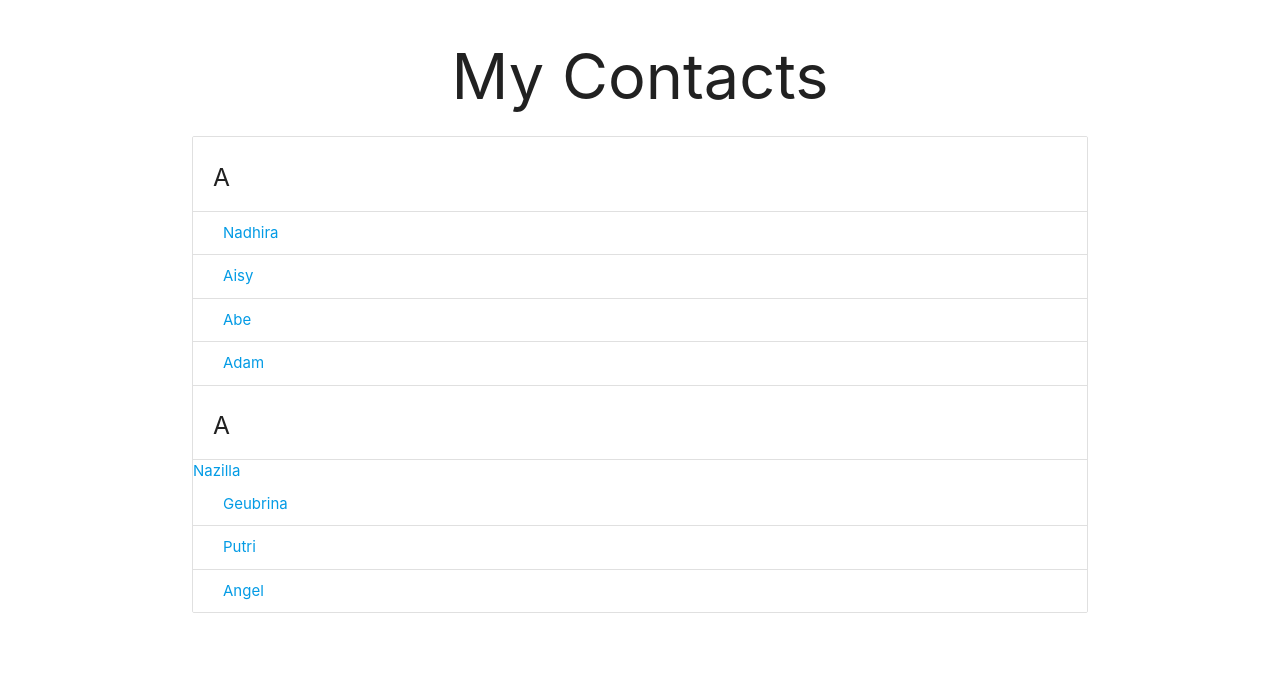
Repository: Fauzaanmhmd/vanillaFilterable
Page: index.html
The author's editor kept a copy of each file at every save. The page is drawn from the files as they stood at one save, then again after the next save.
The browser window is 1280 px wide. The pictures show the whole page.

Above is the page before, as saved 2022-02-16 08:08:46.

### index.html
<!DOCTYPE html>
<html lang="en">

<head>
    <meta charset="UTF-8">
    <meta http-equiv="X-UA-Compatible" content="IE=edge">
    <meta name="viewport" content="width=device-width, initial-scale=1.0">
    <link rel="stylesheet" href="https://cdnjs.cloudflare.com/ajax/libs/materialize/1.0.0/css/materialize.css">
    <title>My Contacts</title>
</head>

<body>
    <div class="container">
        <h1 class="center-align">
            My Contacts
        </h1>
        <ul id="names" class="collection with-header">
            <li class="collection-header">
                <h5>A</h5>
            </li>
            <li class="collection-item">
                <a href="#">Nadhira</a>
            </li>
            <li class="collection-item">
                <a href="#">Aisy</a>
            </li>
            <li class="collection-item">
                <a href="#">Abe</a>
            </li>
            <li class="collection-item">
                <a href="#">Adam</a>
            </li>
            <li class="collection-header">
                <h5>A</h5>
            </li <li class="collection-item">
            <a href="#">Nazilla</a>
            </li>
            <li class="collection-item">
                <a href="#">Geubrina</a>
            </li>
            <li class="collection-item">
                <a href="#">Putri</a>
            </li>
            <li class="collection-item">
                <a href="#">Angel</a>
            </li>
        </ul>
    </div>
</body>

</html>

After the next save:
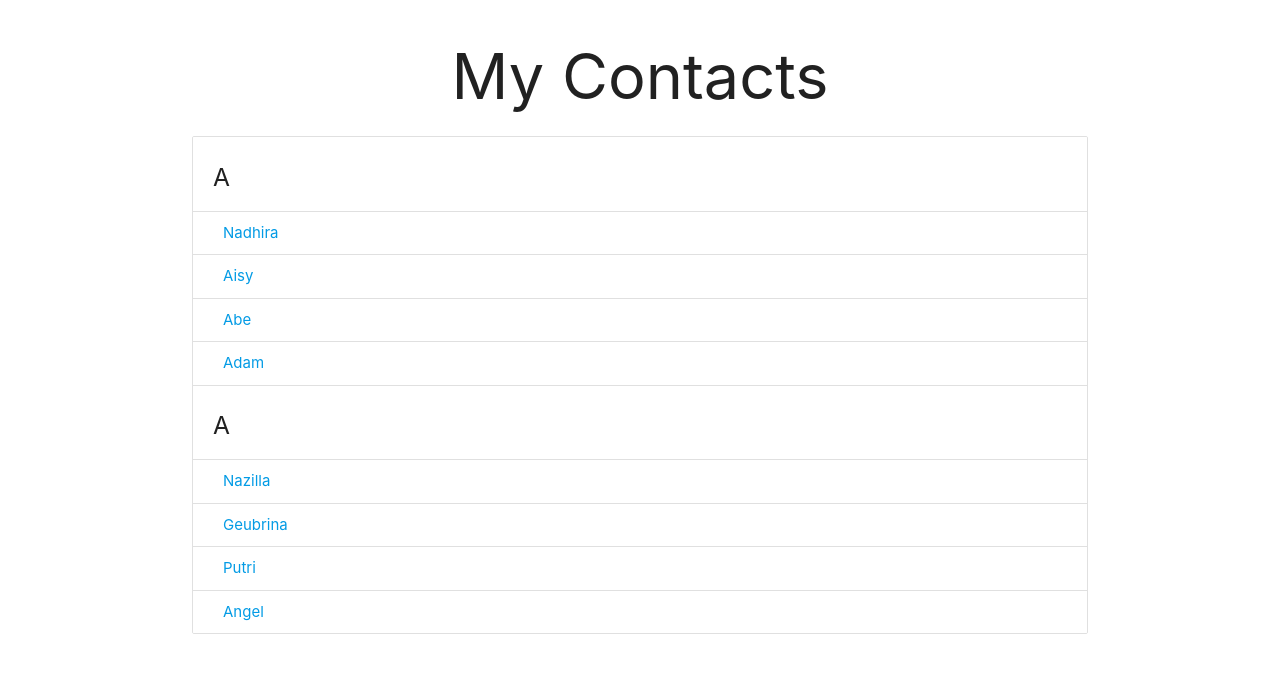
Saved 12 s later.
--- a/index.html
+++ b/index.html
@@ -32,8 +32,9 @@
             </li>
             <li class="collection-header">
                 <h5>A</h5>
-            </li <li class="collection-item">
-            <a href="#">Nazilla</a>
+            </li>
+            <li class="collection-item">
+                <a href="#">Nazilla</a>
             </li>
             <li class="collection-item">
                 <a href="#">Geubrina</a>
